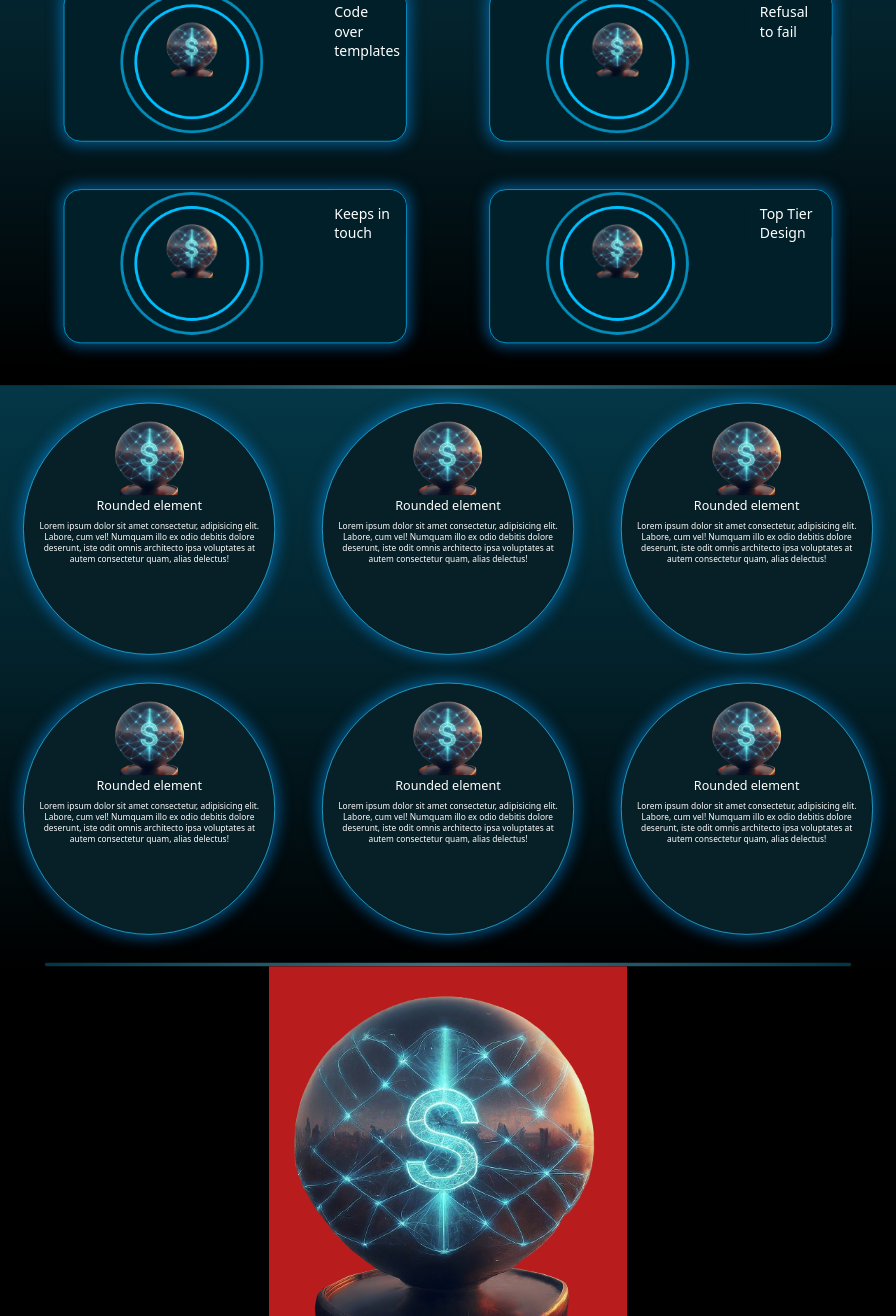
Repository: TMuse333/q3-desings2
Page: /
These files come from the project's save history. The page is drawn as it stood at one moment and after the next save; the edit follows.
The browser window is 1280 px wide. The pictures show the part of the page from y = 1086 to 3006 px (the page is 2966 px tall before and 3006 px after), at 70% of full size.
The project was rebuilt for these pictures with package versions that can differ from the ones it lists, and the page was loaded fresh each time. Also part of the build but not shown: vite.config.ts.

Above is the page before, as saved 2024-05-11 13:41:45.

### src/main.tsx
import React from 'react'
import ReactDOM from 'react-dom/client'
import App from './App.js'
import './index.css'
import {ContextProvider} from './context/context'

ReactDOM.createRoot(document.getElementById('root')!).render(
  <ContextProvider>
  <React.StrictMode>
    <App />
  </React.StrictMode>
  </ContextProvider>,
)

### src/App.tsx


import './App.css'

import Homepage from './components/homepage/homepage'

function App() {


  return (
    <>
<Homepage/>
    </>
  )
}

export default App

### src/index.css
@tailwind base;
@tailwind components;
@tailwind utilities;

#root{
    background-color: black;
    height:100vh;
}

body{
    background-color: black;
}

button{
    padding:0.5rem 2rem;
    background-color: black;
    color:white;
    border-radius: 1rem;
}

h1{
    color:white;
    font-size: 2rem;
}

p{
    color:white;
    /* font-size: 1.5rem; */
}

button{
    background-color: #00769e;
}

.glow {
    box-shadow: 0 0 20px 5px #3e7384;
    box-shadow: 0 0 20px 5px #003647;
box-shadow: 0 0 20px 5px rgba(2, 148, 245, 0.5);
}

.glow:hover{
    box-shadow: 0 0 40px 5px rgba(2, 148, 245, 0.5);
}

### src/context/context.tsx
import React, { createContext, useState, useContext, ReactNode, useEffect } from 'react';

// Define the type for the context value
interface GeneralContextType {
  textYPosition: number;
  setTextYPosition: React.Dispatch<React.SetStateAction<number>>;
  isMobile: boolean;
  setIsMobile: React.Dispatch<React.SetStateAction<boolean>>;
  setSecondCircleComplete:React.Dispatch<React.SetStateAction<boolean[]>>;
  secondCircleComplete: boolean[];
  isMobile2: boolean;
  setIsMobile2: React.Dispatch<React.SetStateAction<boolean>>;
  handleCircleComplete: (index: number, value: boolean) => void;
}

// Create the context
export const GeneralContext = createContext<GeneralContextType | undefined>(undefined);

// Create a provider component
export const ContextProvider: React.FC<{ children: ReactNode }> = ({ children }) => {
  // Initialize the value state
  const [textYPosition, setTextYPosition] = useState<number>(0);

  // Detect mobile devices
  const [isMobile, setIsMobile] = useState<boolean>(window.innerWidth <= 655);

  const [isMobile2, setIsMobile2] = useState<boolean>(window.innerWidth <= 655);

  const [secondCircleComplete, setSecondCircleComplete] = useState<boolean[]>(
    Array.from({ length: 7 }, () => false)
  );

  const handleCircleComplete = (index: number, value: boolean) => {
    setSecondCircleComplete((prev) => {
      const newState = [...prev]; // Create a copy of the previous state array
      newState[index] = value; // Update the value at the specified index
      return newState; // Return the new state array
    });
  };



  useEffect(() => {
    const handleScroll = () => {
      setIsMobile(window.innerWidth <= 655);
    };
    window.addEventListener('scroll', handleScroll);
    handleScroll();

    return () => {
      window.removeEventListener('scroll', handleScroll);
    };
  }, []);

  useEffect(() => {
    const handleScroll = () => {
      setIsMobile2(window.innerWidth <= 400);
    };
    window.addEventListener('scroll', handleScroll);
    handleScroll();

    return () => {
      window.removeEventListener('scroll', handleScroll);
    };
  }, []);

  useEffect(() => {
    console.log('is mobile', isMobile);
  }, [isMobile]);

  const contextValue = {
    textYPosition,
    setTextYPosition,
    isMobile,
    setIsMobile,
    secondCircleComplete,
    setSecondCircleComplete,
    isMobile2,
    setIsMobile2,
    handleCircleComplete
  };

  return <GeneralContext.Provider value={contextValue}>{children}</GeneralContext.Provider>;
};

export const useGeneralContext = (): GeneralContextType => {
  const context = useContext(GeneralContext);
  if (!context) {
    throw new Error('useGeneralContext must be used within a ContextProvider');
  }
  return context;
};

### src/App.css
#root {
  max-width: 1280px;
  margin: 0 auto;
  padding: 2rem;
  text-align: center;
}

.logo {
  height: 6em;
  padding: 1.5em;
  will-change: filter;
  transition: filter 300ms;
}
.logo:hover {
  filter: drop-shadow(0 0 2em #646cffaa);
}
.logo.react:hover {
  filter: drop-shadow(0 0 2em #61dafbaa);
}

.h1{
  color:red;
}

@keyframes logo-spin {
  from {
    transform: rotate(0deg);
  }
  to {
    transform: rotate(360deg);
  }
}

@media (prefers-reduced-motion: no-preference) {
  a:nth-of-type(2) .logo {
    animation: logo-spin infinite 20s linear;
  }
}

.card {
  padding: 2em;
}

.read-the-docs {
  color: #888;
}

### src/components/homepage/homepage.tsx
import React from "react";
import { CircleInfoGraphic } from "../circleInfographic/circleInfoGraphic";
import Content from "../content/content";
import q3 from '../../media/q3-visuals-logo-2.png'
import TextFormat from "../textFormat/textFormat";

// import { TextParallaxContentExample } from "../parallaxText/parallaxText";
import MultiLayerParallax from "../mountainParallax/mountainParallax";
import ParticlesComponent from "../particles/particles";
import nobgLaptop from '../../media/Gemini_Generated_Image_r055a1r055a1r055-removebg-preview.png'
import moneyBall from '../../media/futuristic-money-ball-removebg-preview.png'
import { description1 } from "../../data/data";
import AlternatingText from "../alternatingText/alternatingText";

import CircleList from "../circleListElement/circleList";
import Carousel from "../carousel/carousel";


const Homepage: React.FC = () => {

    const images = [
        moneyBall,
        nobgLaptop,
        q3
    ]


    // useEffect(() => {
    //     const loadTime = window.performance.timing.loadEventEnd - window.performance.timing.navigationStart;
    //     console.log('Page load time:', loadTime, 'milliseconds');
    // }, []);



    return (
        <section className="absolute top-0 left-0 w-screen">


            {/* <ParticlesComponent/> */}
            <MultiLayerParallax/>

            {/* <TextParallaxContentExample/> */}

            {/* <Content
            mainTitle='Your digital presence is important'
            image={nobgLaptop}
            customText={null}
            reverse={true}
            description={description1}
            floatingImage={true}
            hasAnimation={true}
            />

            <AlternatingText/>

            <Content
            mainTitle='Benefits of a website'
            image={moneyBall}
            customText={<TextFormat
            isAnimated={true}
            reverse={false}/>}
            reverse={false}
            description={null}
            floatingImage={true}
            hasAnimation={true}

            /> */}



<div className="relative bg-gradient-to-b from-[#043747] via-[#032029] to-transparent w-screen">
<CircleList/>
</div>

<div className="relative bg-gradient-to-b from-[#043747] via-[#032029] to-transparent w-screen">

<CircleInfoGraphic/>
</div>

<div className="max-w-lg mr-auto ml-auto">
<Carousel images={images}

/>
</div>



        </section>
    )
}


export default Homepage

### src/components/circleInfographic/circleInfoGraphic.tsx
import React, {useState,useRef } from "react";
import ball from '../../media/futuristic-money-ball-removebg-preview.png'
import { motion,Variants} from 'framer-motion'
import useIntersectionObserver from "../intersectionObserver/intersectionObserver";
interface CircleProps {
    image:string
}

const CircleElement: React.FC<CircleProps> = ({image}) => {

    const [inView, setInView] = useState<boolean>(false)

    const options = {
        root: null,
        rootMargin: '-25px',
        threshold: 1,
    };

    // Apply intersection observer hook to detect when the component is in view
    const componentRef = useIntersectionObserver(setInView, options);

    const circleVariants:Variants =  {
        initial:{
            opacity:0,
            y:-60
        },
        animate:{
            opacity:1,
            y:0
        }
    }

    return (
        <motion.section
        ref={componentRef}
        variants={circleVariants}
        initial='initial'
        animate={inView ? 'animate' : 'initial'}
         className={`mt-5 mb-5
        rounded-full bg-[#071f26] hover:bg-[#0e3a47]
        mr-auto ml-auto transition-all
        h-[95vw] w-[95vw] border border-[#2dc0eb]
        flex flex-col  shadow-xl max-w-[360px]
        max-h-[360px]
        sm:w-[48vw] sm:h-[48vw]
        lg:w-[32vw] lg:h-[32vw]
        ${inView ? 'glow' : ''}`}>

            <div className="mt-4">
            <img className="w-[35vw]
            max-w-[115px] max-h-[115px] h-[35vw]
            sm:w-[10vw] sm:h-[10vw] object-cover
            mr-auto ml-auto"
            src={image}
            />
            <h1 className="text-3xl sm:text-lm lg:text-lg ">Rounded element</h1>
            <p className=" ml-auto mr-auto text-sm sm:text-xs pr-5 pl-5 pt-2">Lorem ipsum dolor sit amet consectetur, adipisicing elit. Labore, cum vel! Numquam illo ex odio debitis dolore deserunt, iste odit omnis architecto ipsa voluptates at autem consectetur quam, alias delectus!</p>
            </div>
        </motion.section>
    )
}


export const CircleInfoGraphic = () => {

    return (
        <>
          <div className="mt-5
        w-[90vw] h-[5px]
         bg-gradient-to-r from-[#003647] via-[#3e7384] to-[#003647]
        ml-auto mr-auto rounded-[200rem]
        ">

       </div>
        <section className={`flex
         justify-center flex-col items-center
          sm:grid sm:grid-cols-2 lg:grid-cols-3
           gap-4 lg:gap-0 w-screen max-w-[1500px]  ml-auto mr-auto
          `}>
            <CircleElement
            image={ball}/>
             <CircleElement
            image={ball}/>
                  <CircleElement
            image={ball}/>
             <CircleElement
            image={ball}/>
             <CircleElement
            image={ball}/>
                  <CircleElement
            image={ball}/>
        </section>
        <div className="mt-5
        w-[90vw] h-[5px]
         bg-gradient-to-r from-[#003647] via-[#3e7384] to-[#003647]
        ml-auto mr-auto rounded-[200rem]">

       </div>
       </>
    )
}

### src/components/mountainParallax/mountainParallax.tsx
import  { useRef } from "react";
import bottom from '../../media/bottom-mountain.png'

import full from '../../media/no-bg-mountain.png'
import q3 from '../../media/q3-words.png'
import { motion, useScroll, useTransform } from 'framer-motion'

export default function MultiLayerParallax() {
    const ref = useRef(null);
    const { scrollYProgress } = useScroll({
      target: ref,
      offset: ["start start", "end start"],
    });
    const backgroundY = useTransform(scrollYProgress, [0, 1], ["0%", "100%"]);
    const textY = useTransform(scrollYProgress, [0, 1], ["-20%", "200%"]);

    return (
      <div
        ref={ref}
        className="w-full h-screen overflow-hidden relative grid place-items-center"
      >
       {/* <motion.div className="z-10 relative"
         style={{ y: textY }}> */}
        <motion.img
style={{
    y:textY
}}
        src={q3}
          className="relative z-10 b"
        />
        {/* <motion.h1 className="relative z-10"
        style={{
            y:textY
        }}>
            slatry
        </motion.h1> */}


        <motion.p style={{
             y:textY
        }}
         className="text-white text-2xl relative z-10  mt-[-30rem] sm:-mt-[40rem]">Elevating Brands with discipline and creativity
         </motion.p>
         {/* </motion.div> */}


        <motion.div
          className="absolute inset-0 z-0"
          style={{
            backgroundImage: `url(${full})`,
            backgroundPosition: "bottom",
            backgroundSize: "cover",
            y: backgroundY,
          }}
        />
        <div
          className="absolute inset-0 z-20"
          style={{
            backgroundImage: `url(${bottom})`,
            backgroundPosition: "bottom",
            backgroundSize: "cover",
          }}
        />
      </div>
    );
  }

### src/components/circleListElement/circleList.tsx
import React, {useState} from "react";
import AppearingCircle from "../circleContent/appearingCircle";
import ball from '../../media/futuristic-money-ball-removebg-preview.png'
import {motion, Variants} from 'framer-motion'
import { useGeneralContext } from "../../context/context";
import laptop from '../../media/Gemini_Generated_Image_r055a1r055a1r055-removebg-preview.png'
import useIntersectionObserver from "../intersectionObserver/intersectionObserver";

interface CircleProps {
    image:string,
    title: string,
    description:string

    index:number
secondCircleComplete: boolean,
handleCircleComplete: (index: number, value: boolean) => void;
}

const CircleListElement: React.FC<CircleProps> = ({image,title, description,
    handleCircleComplete,secondCircleComplete,index
}) => {

    const [descriptionClicked, setDescriptionClicked] = useState<boolean>(false)

    function handleDescriptionClick() {
        setDescriptionClicked(!descriptionClicked)
    }





    const { isMobile }  = useGeneralContext()

    const headerVariants: Variants = {
        initial:{
            opacity:0,
            y: isMobile ? -20 : 0,
        },
        animate:{
            opacity:1,
            y:0,
            transition:{
                delay: 0.3
            }
        }

    }




    return (
        <div className=" relative flex glow justify-center  md:h-[220px]
        h-[220px] sm:h-[auto]
        md:flex-row w-[calc(100vw-5px)]  md:w-[40vw] sm2:w-[40vw] items-center sm:items-start mb-10 md:mt-3 bg-[#011f29]
        rounded-3xl max-w-[490px] ml-auto mr-auto border border-q-blue">
<AppearingCircle
secondCircleComplete={secondCircleComplete}
handleCircleComplete={handleCircleComplete}
image={image}
index={index}


/>
<section className="relative text-left pr-0 flex flex-col bg-[#011f29] rounded-3xl
h-auto min-h-0 max-h-full   items-center z-1">
<motion.h1
onClick={handleDescriptionClick}
variants={headerVariants}
initial={'initial'}
animate={secondCircleComplete ? 'animate' : 'initial'}
 className="text-white text-xl w-[80px]  ml-auto mr-auto mt-5
 "
>{title}
 </motion.h1>

<p className={`rounded-lg text-left mt-3 pl-3 pr-3 bg-blue-600 transition-height ease-in duration-300 bg-blue-800 ${descriptionClicked ? ' h-[220px] w-[125px] overflow-scroll pt-5 border-2 border-rose-500' : 'h-0 w-[125px]  overflow-hidden pt-0'}`}>
  {description}
</p>
</section>

        </div>
    )
}



const CircleList: React.FC = () => {

    const {secondCircleComplete, handleCircleComplete}
    = useGeneralContext()

    return (
        <>
        <h1>We get it done</h1>
 <section className="relative
         sm2:grid sm2:grid-cols-2 gap-4 max-w-[1200px] ml-auto
         mr-auto justify-center items-center
">
            {/* <div className="-translate-x-5"> */}
            <CircleListElement
            handleCircleComplete={handleCircleComplete}
            secondCircleComplete={secondCircleComplete[0]}
        index={0}
            image={ball}
            title='Absolute Tenacity'
            description='Be a man of your word'
            />
            {/* </div> */}
            <CircleListElement
            secondCircleComplete={secondCircleComplete[1]}
            handleCircleComplete={handleCircleComplete}
            index={1}
            image={laptop}

            title='Extreme Discipline'
            description='Gym. Code. Quantum Realm. Repeat'
            />

            <CircleListElement
            secondCircleComplete={secondCircleComplete[2]}
            handleCircleComplete={handleCircleComplete}
            index={2}
            image={ball}
            title='Code over templates'
            description='We are not template using pussies we write banging code'
            />

            <CircleListElement
            secondCircleComplete={secondCircleComplete[3]}
            handleCircleComplete={handleCircleComplete}
            index={3}
            image={ball}
            title='Refusal to fail'
            description='Gym. Code. Quantum Realm. Repeat'
            />

<CircleListElement
secondCircleComplete={secondCircleComplete[4]}
handleCircleComplete={handleCircleComplete}
index={4}
            image={ball}
            title='Keeps in touch'
            description='We are not template using pussies we write banging code'
            />

            <CircleListElement
            secondCircleComplete={secondCircleComplete[5]}
            handleCircleComplete={handleCircleComplete}
            index={5}
            image={ball}
            title='Top Tier Design'
            description='Gym. Code. Quantum Realm. Repeat'
            />



        </section>
        </>
    )
}

export default CircleList

### src/components/carousel/carousel.tsx
import React, {useState} from 'react'


interface CarouselProps {
    images:string[]
}


const Carousel:React.FC<CarouselProps> = ({images}) =>{

    const [imageIndex, setImageIndex] = useState<number>(0)

    return (
        <section className='overflow-hidden relative'>

            <div className='flex bg-red-700'>
                {images.map((image,index) => (
                    <img src={image}
                    key={index}
                    className='h-[500px]'
                    style={{
                        transform:`translateX(-${imageIndex * 100}%)`
                    }}
                    />
                ))}
            </div>

            <div className='absolute'>
                <button className='bg-blue-200'>
                    prev
                </button>
            </div>

        </section>
    )
}

export default Carousel

### src/components/intersectionObserver/intersectionObserver.tsx
import { useEffect, useRef, Dispatch, SetStateAction } from "react";

interface IntersectionObserverOptions {
  root: Element | null;
  rootMargin?: string;
  threshold?: number | number[];
}

const useIntersectionObserver = (
  setInView: Dispatch<SetStateAction<boolean>>,
  options: IntersectionObserverOptions
) => {
  const componentRef = useRef<HTMLDivElement>(null);

  useEffect(() => {
    const observer = new IntersectionObserver(([entry]) => {
      // Update the state based on whether the component is in view
      if (entry.isIntersecting) {
        setInView(true);
        observer.disconnect();
      }
    }, options);

    if (componentRef.current) {
      observer.observe(componentRef.current);
    }

    return () => {
      if (componentRef.current) {
        observer.unobserve(componentRef.current);
      }
    };
  }, [setInView, options]);

  return componentRef;
};

export default useIntersectionObserver;

Loaded but not shown: index.html (common file); tailwind.config.js (21 lines, source omitted); src/components/circleContent/appearingCircle.tsx (297 lines, source omitted)

After the next save:
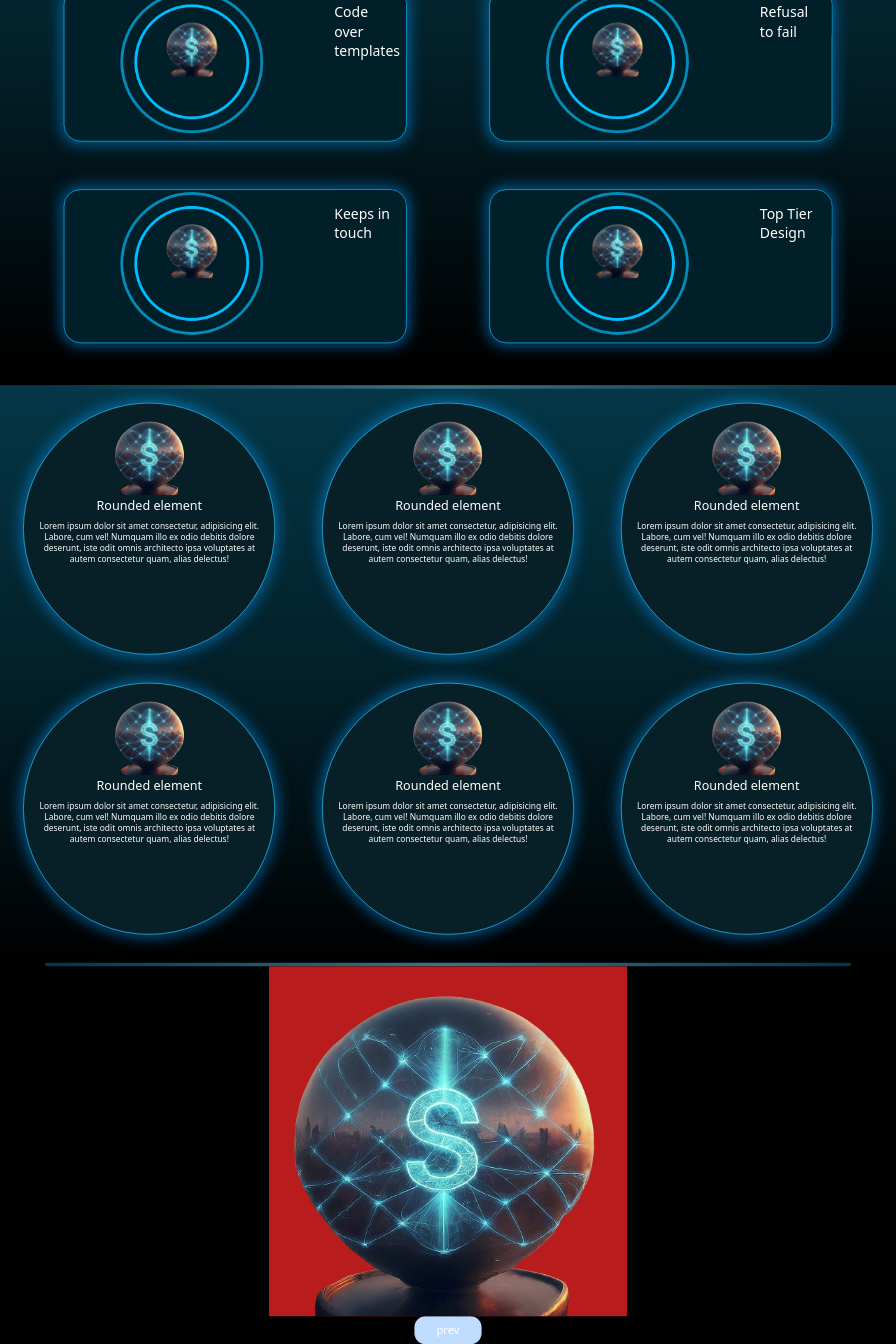
Saved 16 s later.
--- a/src/components/carousel/carousel.tsx
+++ b/src/components/carousel/carousel.tsx
@@ -25,7 +25,7 @@
                 ))}
             </div>
 
-            <div className='absolute'>
+            <div className=''>
                 <button className='bg-blue-200'>
                     prev
                 </button>

After the save that followed:
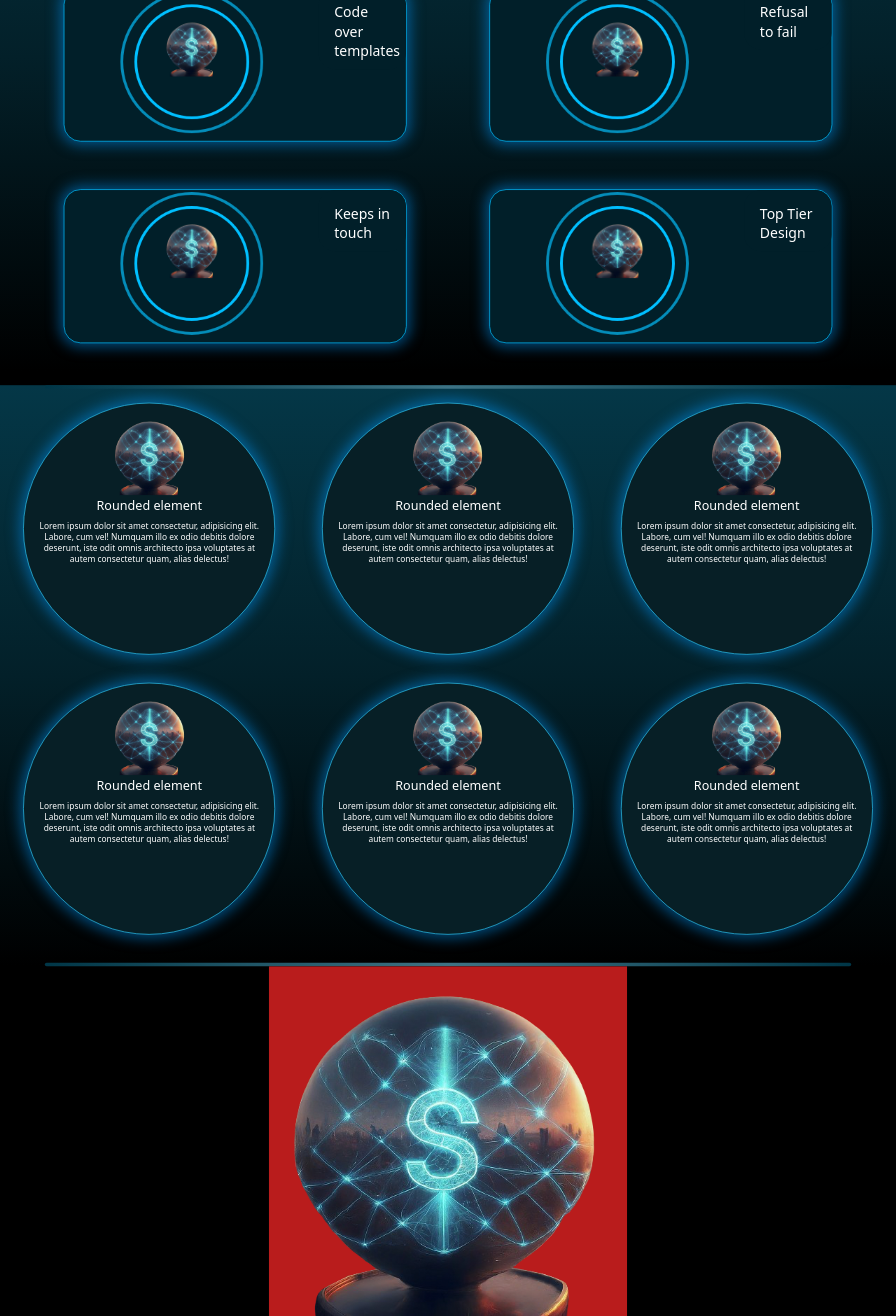
Saved 6 s later.
--- a/src/components/carousel/carousel.tsx
+++ b/src/components/carousel/carousel.tsx
@@ -25,7 +25,7 @@
                 ))}
             </div>
 
-            <div className=''>
+            <div className='absolute'>
                 <button className='bg-blue-200'>
                     prev
                 </button>
